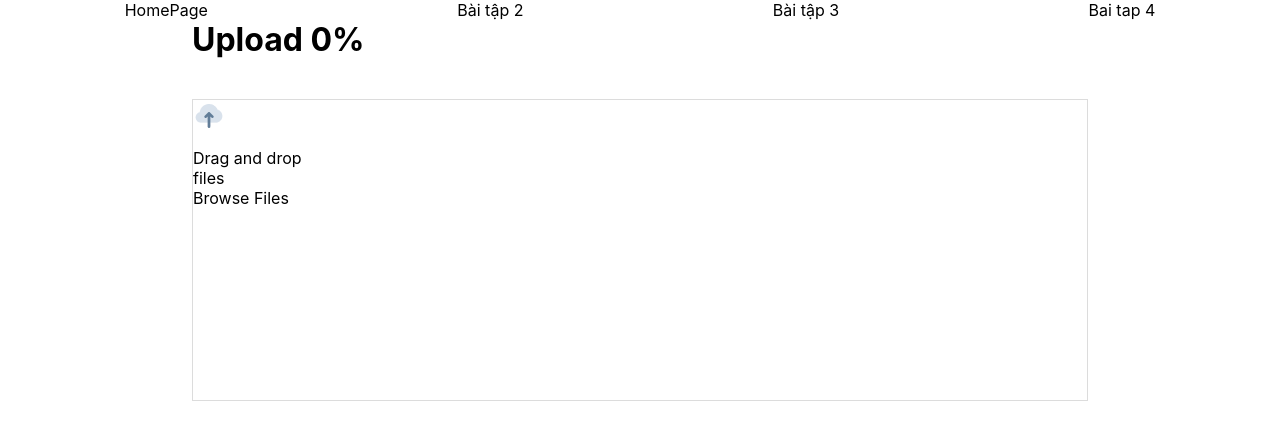
Repository: tungdau93/Training-ReactJS
Page: /bai-tap-3
The author's editor kept a copy of each file at every save. The page is drawn from the files as they stood at one save, then again after a run of saves.
The browser window is 1280 px wide. The pictures show the whole page.
The project was rebuilt for these pictures with package versions that can differ from the ones it lists, and the page was loaded fresh each time. Also part of the build but not shown: src/App.css, src/hooks/useClickOutside.js, src/Assignments/BaiTap2.jsx, src/Assignments/HomePage.jsx.

Above is the page before, as saved 2022-10-03 10:43:59.

### src/App.js
import { BrowserRouter, Route, Routes } from "react-router-dom";
import "./App.css";
import BaiTap2 from "./Assignments/BaiTap2";
import BaiTap3 from "./Assignments/BaiTap3";
import HomePage from "./Assignments/HomePage";
import Menu from "./Assignments/Menu";

function App() {
  return (
    <BrowserRouter>
      <Menu />
      <Routes>
        <Route path="/" element={<HomePage />} />
        <Route path="/bai-tap-2" element={<BaiTap2 />} />
        <Route path="/bai-tap-3" element={<BaiTap3 />} />
      </Routes>
    </BrowserRouter>
  );
}

export default App;

### src/Assignments/BaiTap3.jsx
import { ref, uploadBytesResumable } from "@firebase/storage";
import React, { useRef, useState } from "react";
import { storage } from "../firebase";
import "../style/_bai-tap-3.scss";

const BaiTap3 = () => {
  const listUploadedRef = useRef();
  const fileUploadedRef = useRef();

  const [files, setFiles] = useState([]);
  const [progress, setProgress] = useState(0);
  const [isSizeValid, setIsSizeValid] = useState(true);
  const [isActive, setIsActive] = useState(true);
  const [isValidNumberOfFiles, setValidNumberOfFiles] = useState(false);

  const RemoveAddFile = [];

  const handleSlide = () => {
    const listUploadedOffsetWidth = listUploadedRef.current?.offsetWidth;
    const listUploadedClientWidth = listUploadedRef.current?.clientWidth;
    const fileUploadedWidth = fileUploadedRef.current?.offsetWidth;
    const removeSpace = listUploadedOffsetWidth - listUploadedClientWidth;
    console.log(removeSpace);

    if (listUploadedRef.current && fileUploadedRef.current) {
      listUploadedRef.current.scrollTo({
        left: fileUploadedWidth,
        behavior: "smooth",
      });
    }
  };
  const handleAddFiles = (event) => {
    setValidNumberOfFiles(false);
    const file = event.target.files[0];

    event.preventDefault();
    const fileArray = event.target.files;
    for (var j = 0; j < fileArray.length; j++) {
      if (fileArray[j].size > 10485760) {
        setIsSizeValid(false);
        setIsActive(false);
        return;
      }
    }
    setIsActive(true);
    setIsSizeValid(true);

    const newFiles = [...files];
    for (let k = 0; k < fileArray.length; k++) {
      newFiles.push(fileArray[k]);
    }
    setFiles(newFiles);
  };

  const uploadFiles = (file) => {
    if (!file) return;
    const storageRef = ref(storage, `/files/${file.name}`);
    const uploadTask = uploadBytesResumable(storageRef, file);
    uploadTask.on(
      "state_changed",
      (snapshot) => {
        const prog = Math.round(
          (snapshot.bytesTransferred / snapshot.totalBytes) * 100
        );
        setProgress(prog);
      },
      (err) => console.log(err)
    );
  };

  const handleUpload = (event) => {
    event.preventDefault();

    const newFilesUpload = [...files];
    if (files.length > 0 && files.length <= 4) {
      for (let i = 0; i < newFilesUpload.length; i++) {
        uploadFiles(newFilesUpload[i]);
        console.log(newFilesUpload[i]);
        setFiles(RemoveAddFile);
      }
    } else {
      setValidNumberOfFiles(true);
      setFiles(RemoveAddFile);
      setIsActive(false);
    }
  };

  const handleClose = (index) => {
    const fileSelected = files.filter((file) => file.index === index);
    // console.log(newFiles);
    const newFiles = [...files];
    newFiles.pop(fileSelected);
    setFiles([...newFiles]);
  };

  return (
    <div className="drag-drop-files-container">
      <h1>Upload {progress}%</h1>
      {/* <img
        onClick={handleSlide}
        src={require("../assets/images/submit-icon.png")}
        alt=""
        className="slide-icon"
      /> */}

      <div className="drag-drop-files">
        <div className="drag-drop-label">
          <img
            alt=""
            src={require("../assets/images/upload-icon.png")}
            width={32}
            height={32}
          />
          <span>Drag and drop files</span>
          <span>Browse Files</span>
        </div>

        <input
          id="name"
          type="file"
          className="input-files"
          onChange={handleAddFiles}
          multiple
        />
        {/* <form onSubmit={(event) => handleUpload(event)}>
          <label htmlFor="name" className="drag-and-drop-img">
            <img alt="" src={require("../assets/images/upload-icon.png")} />
          </label>
          <label htmlFor="name" className="drag-and-drop-heading">
            Drag and drop files
          </label>
          <label htmlFor="name" className="drag-and-drop-heading--sub-heading">
            Browse Files
          </label>
          <input
            id="name"
            type="file"
            className="input"
            onChange={handleAddFiles}
            multiple
          />
          <button type="submit" className="submit">
            Upload
          </button>
        </form> */}
      </div>

      {/* {isSizeValid ? (
        <div ref={listUploadedRef} className="show-data--hidden">
          {files &&
            files.map((file, index) => {
              // console.log(file.type);
              return (
                <FileUpload
                  handleClose={() => handleClose(index)}
                  key={index}
                  ref={fileUploadedRef}
                  fileType={file.type}
                  fileName={file.name}
                  fileSize={file.size}
                />
              );
            })}
        </div>
      ) : (
        <span className="maximum-files-size">
          The maximum file size is 10MB
        </span>
      )} */}

      {/* {isValidNumberOfFiles ? (
        <span className="maximum-files-length">
          Maximum length of files is 4
        </span>
      ) : null} */}
    </div>
  );
};

export default BaiTap3;

### src/Assignments/Menu.jsx
  import React from "react";
import { useNavigate } from "react-router-dom";

const styleHomePage={
        display:'flex',
        justifyContent: 'center',
}

const styleUl = {
    display: 'flex',
    justifyContent: 'space-around',
    // ListStyle:"none"
}
const handleMouseOver =(e)=>{
    e.target.style.color = '#DC143C'
}
const handleMouseOut =(e)=>{
    e.target.style.color = '#000'
}

const Menu = () => {
  const navigate = useNavigate();

  const redirectPage = (url) => {
    navigate(url);
  };

  return (
    <div>
      <ul style={styleUl}>
        <li style={{listStyleType:'none'}} onMouseOver={handleMouseOver} onMouseOut={handleMouseOut} onClick={() => redirectPage("/")}>
          <div style={styleHomePage}>HomePage</div>
        </li>
        <li style={{listStyleType:'none'}}  onMouseOver={handleMouseOver} onMouseOut={handleMouseOut} onClick={() => redirectPage("/bai-tap-2")}>
          <div >Bài tập 2</div>
        </li>
        <li style={{listStyleType:'none'}} onMouseOver={handleMouseOver} onMouseOut={handleMouseOut} onClick={() => redirectPage("/bai-tap-3")}>
          <div >Bài tập 3</div>
        </li>
        <li style={{listStyleType:'none'}} onMouseOver={handleMouseOver} onMouseOut={handleMouseOut} onClick={() => redirectPage("/bai-tap-4")}>
          <div >Bai tap 4

          </div>
        </li>
      </ul>
    </div>
  );
};

export default Menu;

### src/style/_bai-tap-2.scss
*{
    padding: 0;
    margin:0;
}
.app {
    background-color:#1E1E1E;
    #title {
        top:-976px;
        left:-1124px;
        color:#a0a0a0;
        width: 2227px;
        height:1933px;
        &:hover{
            color:#99CCFF;
            opacity:.6;
    }
    }
    .app__container{
        width: 2227px; ;
        height: 1933px;
        background-color:#F8F8F8;
        position:relative;
        .app__container--heading{
            display: flex;
            flex-direction: row;
            align-items: center;
            padding: 50px 99px 50px 56px;
            gap: 10px;
            display:block;

            position: absolute;
            width: 2227px;
            height: 140px;
            left: 0px;
            top: 0px;
            background-color:#333333;
            .app__container--heading-name{
                display: flex;
                flex-direction: row;
                align-items: center;
                padding: 0px;
                gap: 30px;

                width: 323px;
                height: 56px;


                /* Inside auto layout */

                flex: none;
                order: 0;
                flex-grow: 0;
                .app__container--heading-name--japanese{
                    width: 144px;
                    height: 56px;

                    font-family: 'Roboto';
                    font-style: normal;
                    font-weight: 700;
                    font-size: 48px;
                    line-height: 56px;




                /* White */

                    color: #FFFFFF;


                /* Inside auto layout */

                    flex: none;
                    order: 0;
                    flex-grow: 0;

                }
                .app__container--heading-name--english{
                    width: 149px;
                height: 38px;

                font-family: 'Roboto';
                font-style: normal;
                font-weight: 400;
                font-size: 32px;
                line-height: 38px;
                /* identical to box height */


                /* White */

                color: #FFFFFF;


                /* Inside auto layout */

                flex: none;
                order: 1;
                flex-grow: 0;
                }
            }
        }
        .app__container--input-wrapper{
    position: relative;
    display: flex;
    flex-direction: column;
    align-items: flex-start;
    padding: 0px;

    position: absolute;
    width: 400px;
    height: 46px;
    left: 379px;
    top: 308px;
    .app__container--input-wrapper--input{
        box-sizing: border-box;

    /* Auto layout */


    display: flex;
    flex-direction: row;
    align-items: center;
    padding: 8px 10px;
    gap: 4px;

    width: 400px;
    height: 49px;

    background: rgba(230, 249, 255, 0.2);
    /* Black / 04 */

    border: 1px solid #DBDBDB;
    border-radius: 4px;

    /* Inside auto layout */

    flex: none;
    order: 0;
    align-self: stretch;
    flex-grow: 0;



            }

     .fa-thin{
    position: absolute;
            }
    .app__container--input-wrapper--dropdown-list{
display: flex;

display:none;
// flex-direction: column;
// align-items: flex-start;
position: absolute;
width: 400px;
height: 128px;
left: 0;
top: 49px;
// background-color: yellow;

filter: drop-shadow(0px 1px 8px rgba(102, 102, 102, 0.25));
border-radius: 4px;
        .app__container--input-wrapper--dropdown-list--item1{
            position: absolute;
            width: 100%;
            height: 49px;
            background: rgba(230, 249, 255, 0.2);
            border-radius: 4px;
            display:block

        }
        .app__container--input-wrapper--dropdown-list--item2{
            position: absolute;
            width: 100%;
            height: 49px;
            border-radius: 4px;
            background: rgba(230, 249, 255, 0.2);
            top: 49px;
            display:block


        }
        .app__container--input-wrapper--dropdown-list--item3{
            position: absolute;
            width: 100%;
            height: 49px;
            border-radius: 4px;
            background: rgba(230, 249, 255, 0.2);
            top:98px;
            display:block


        }

    }
}


    }
}

### src/firebase.js
import { initializeApp } from "firebase/app";
import { getStorage } from "firebase/storage";

const firebaseConfig = {
    apiKey: "AIzaSyBDyCwxOmrur5hog0XVVwqIkyzdGhH8h4w",
    authDomain: "fir-upload-d710f.firebaseapp.com",
    projectId: "fir-upload-d710f",
    storageBucket: "fir-upload-d710f.appspot.com",
    messagingSenderId: "230877422747",
    appId: "1:230877422747:web:8e36d237d55b89ca5f923e",
    measurementId: "G-Q111WB6C29"
  };

  export const app = initializeApp(firebaseConfig);
  export const storage = getStorage(app);

### src/style/_bai-tap-3.scss

//   .slide-icon {
//     top: 560px;
//     left: 1398px;
//     width: 40px;
//     height: 38px;
//     border-radius: 50%;
//     border: solid #fff;
//     &:hover {
//       border: #107ce0 solid 3px;
//     }
//   }
//   .drag-and-drop {
//     display: flex;
//     justify-content: center;
//     width: 842px;
//     height: 232px;
//     left: 579px;
//     // right: 79.24%;
//     top: 249px;
//     background: #f8f8f8;
//     border: 1px solid #dcdcdc;
//     border-radius: 7px;
//     z-index: 1;
//     .drag-and-drop-img {
//       top: 45px;
//       left: 381px;
//       display: flex;
//       position: absolute;
//       min-width: 70px;
//       min-height: 70px;

//       justify-content: center;
//       align-items: center;
//     }
//     .drag-and-drop-heading {
//       top: 113px;
//       left: 342px;
//       display: flex;
//       position: absolute;
//       min-width: 100px;
//       align-items: center;
//       justify-content: center;
//       font-family: "Noto Sans";
//       font-style: normal;
//       font-weight: 700;
//       font-size: 18px;
//       line-height: 22px;
//       color: #333333;
//     }
//     .drag-and-drop-heading--sub-heading {
//       top: 137px;
//       left: 373px;
//       position: absolute;
//       min-width: 50px;
//       align-items: center;
//       justify-content: center;
//       font-family: "Noto Sans";
//       font-style: normal;
//       font-size: 18px;
//       line-height: 22px;
//       color: #333333;
//       text-decoration: underline;
//     }
//     &:hover {
//       border: 1px solid #107ce0;
//     }
//     .input {
//       width: 842px;
//       height: 232px;
//       position: absolute;
//       // right: 79.24%;
//       background: #f8f8f8;
//       // border: 1px solid #dcdcdc;
//       border-radius: 7px;
//       z-index: -1;
//       color: transparent;

//       &::-webkit-file-upload-button {
//         display: none;
//       }
//     }
//     .submit {
//       position: absolute;
//       top: 360px;
//       left: 359px;
//       width: 113px;
//       height: 43px;
//       border-radius: 3px;
//       z-index: -1;
//       border: none;
//       &:hover {
//         border: 1px solid #107ce0;
//       }
//     }
//     .submit-img {
//       position: absolute;
//       top: 261px;
//       left: 825px;
//       width: 32px;
//       height: 32px;
//       border-radius: 50%;
//       z-index: 1;
//     }
//     .drag-and-drop--upload-icon {
//       position: absolute;
//       height: 18.67px;
//       width: 26.67px;
//       top: 64px;
//       left: 397.67px;
//       right: 417.67px;
//       z-index: 1;
//     }

//   }

//   .drag-and-drop--alert {
//     width: 842px;
//     height: 232px;
//     position: relative;
//     left: 579px;
//     // right: 79.24%;
//     top: 249px;
//     background: #f8f8f8;
//     border: 1px solid  #ED5D5D;
//     border-radius: 7px;
//     z-index: 1;
//     .drag-and-drop-img {
//       top: 45px;
//       left: 381px;
//       display: flex;
//       position: absolute;
//       min-width: 70px;
//       min-height: 70px;

//       justify-content: center;
//       align-items: center;
//     }
//     .drag-and-drop-heading {
//       top: 113px;
//       left: 342px;
//       display: flex;
//       position: absolute;
//       min-width: 100px;
//       align-items: center;
//       justify-content: center;
//       font-family: "Noto Sans";
//       font-style: normal;
//       font-weight: 700;
//       font-size: 18px;
//       line-height: 22px;
//       color: #333333;
//     }
//     .drag-and-drop-heading--sub-heading {
//       top: 137px;
//       left: 373px;
//       position: absolute;
//       min-width: 50px;
//       align-items: center;
//       justify-content: center;
//       font-family: "Noto Sans";
//       font-style: normal;
//       font-size: 18px;
//       line-height: 22px;
//       color: #333333;
//       text-decoration: underline;
//     }
//     &:hover {
//       border: 1px solid #107ce0;
//     }
//     .input {
//       width: 842px;
//       height: 232px;
//       position: absolute;
//       // right: 79.24%;
//       background: #f8f8f8;
//       // border: 1px solid #dcdcdc;
//       border-radius: 7px;
//       z-index: -1;
//       color: transparent;

//       &::-webkit-file-upload-button {
//         display: none;
//       }
//     }
//     .submit {
//       position: absolute;
//       top: 360px;
//       left: 359px;
//       width: 113px;
//       height: 43px;
//       border-radius: 3px;
//       z-index: -1;
//       border: none;
//       &:hover {
//         border: 1px solid #107ce0;
//       }
//     }
//     .submit-img {
//       position: absolute;
//       top: 261px;
//       left: 825px;
//       width: 32px;
//       height: 32px;
//       border-radius: 50%;
//       z-index: 1;
//     }
//     .drag-and-drop--upload-icon {
//       position: absolute;
//       height: 18.67px;
//       width: 26.67px;
//       top: 64px;
//       left: 397.67px;
//       right: 417.67px;
//       z-index: 1;
//     }


//   }

//   .invalid {
//     position: absolute;
//     top: 93px;
//     left: 32px;
//     width: 24px;
//     height: 32px;
//     background-color: rgba(255, 0, 0, 0.5);
//     border: solid 0.5px rgb(153, 167, 181);
//     border-radius: 3px;
//   }

// .maximum-files-length{
//     color: #ED5D5D;
//     top: 169px;
//     position: relative;
//     left: 581px;
// }

// .maximum-files-size{
//   color: #ED5D5D;
//   top: 278px;
//   position: relative;
//   left: 581px;
// }

.drag-drop-files-container {
  width: 70%;
  margin: auto;

  .drag-drop-files {
    display: flex;
    justify-content: center;
    margin-top: 40px;
    border: 1px solid #dcdcdc;
    height: 300px;

    .drag-drop-label {
      display: flex;
      flex-direction: column;

      img {
        margin-bottom: 16px;
      }
    }

    .input-files {
      width: 100%;
      opacity: 0;
    }
  }
}

Loaded but not shown: public/index.html (common file); src/index.js (common file); src/index.css (common file); src/reportWebVitals.js (common file)

After the next 4 saves:
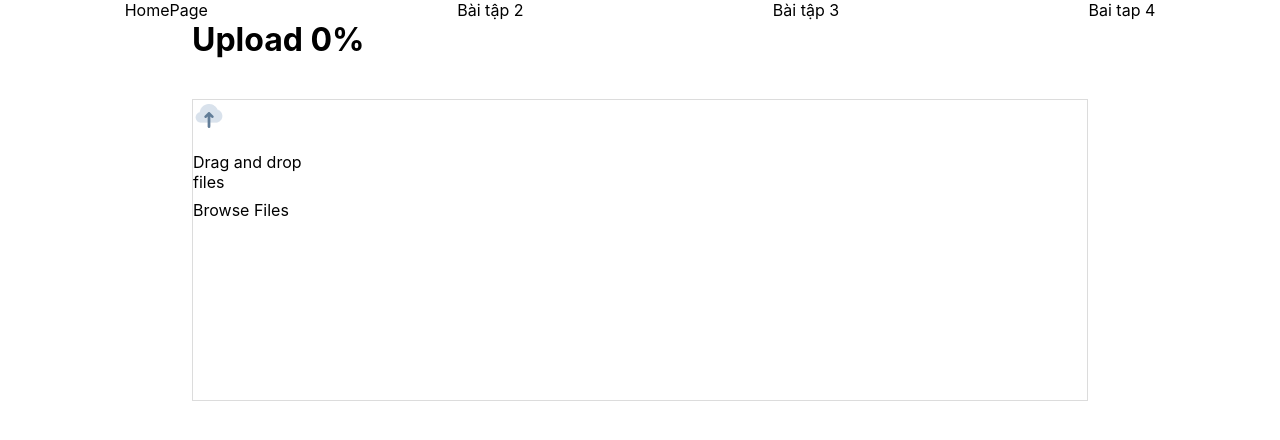
The 4 saves are shown as one change because they came seconds apart.
The last was saved 28 s later.
--- a/src/style/_bai-tap-3.scss
+++ b/src/style/_bai-tap-3.scss
@@ -261,6 +261,10 @@
       img {
         margin-bottom: 16px;
       }
+
+      span {
+        margin: 4px 0;
+      }
     }
 
     .input-files {
